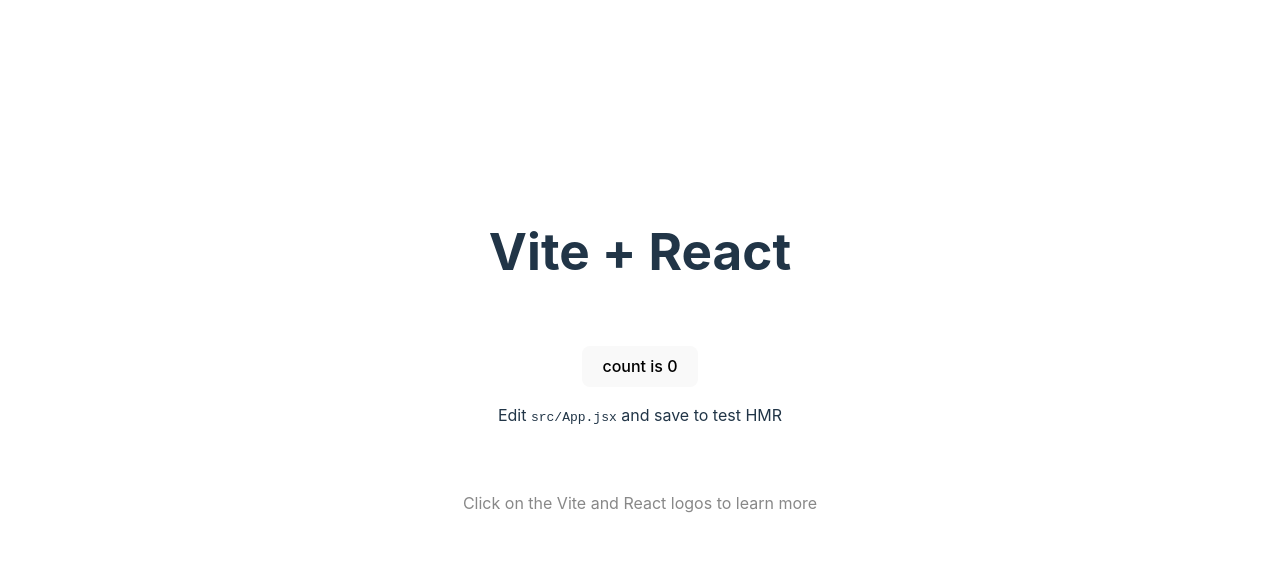
Repository: seghiaranass/react
Page: / (app in REACT-ESSENTIALS/)
The author's editor kept a copy of each file at every save. The page is drawn from the files as they stood at one save, then again after a run of saves.
The browser window is 1280 px wide. The pictures show the whole page.
The project was rebuilt for these pictures with package versions that can differ from the ones it lists, and the page was loaded fresh each time. Also part of the build but not shown: REACT-ESSENTIALS/vite.config.js.

Above is the page before, as saved 2023-11-25 23:39:35.

After the next 2 saves:
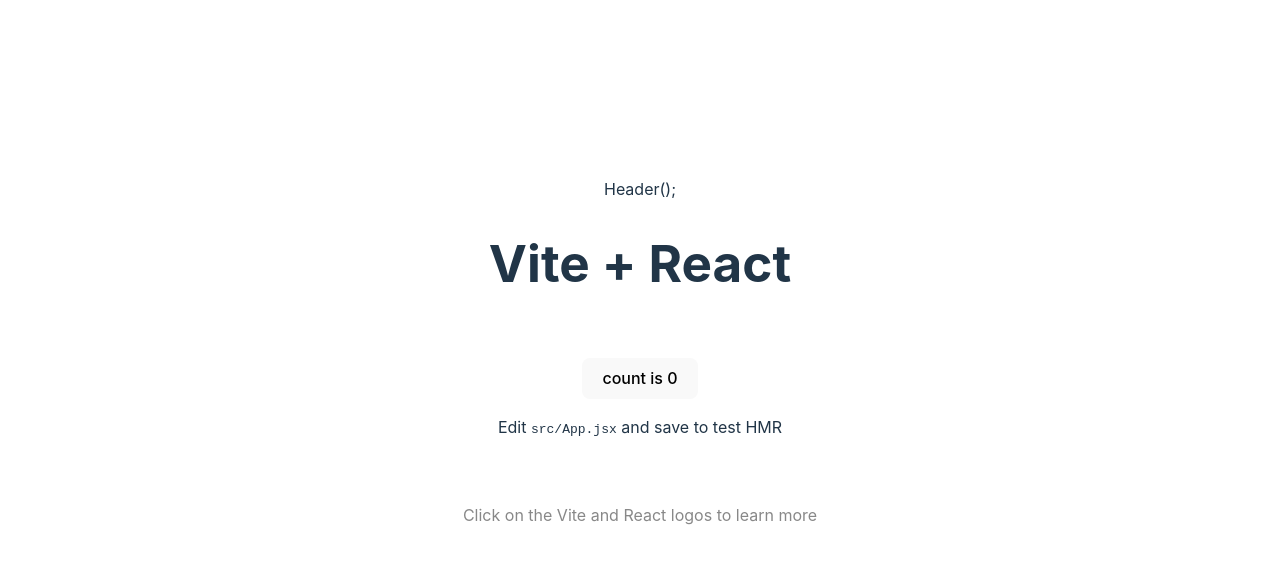
The 2 saves are shown as one change because they came seconds apart.
The last was saved 23 s later.
--- a/REACT-ESSENTIALS/src/App.jsx
+++ b/REACT-ESSENTIALS/src/App.jsx
@@ -26,6 +26,7 @@
   return (
     <>
 
+      Header();
       <h1>Vite + React</h1>
       <div className="card">
         <button onClick={() => setCount((count) => count + 1)}>
